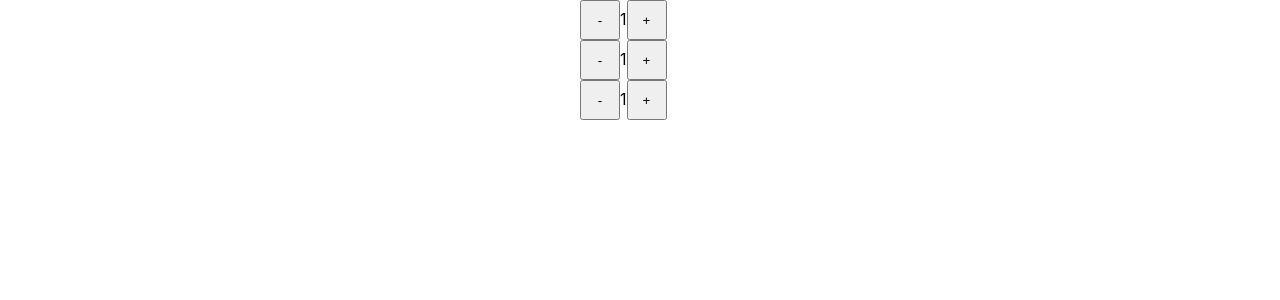
Repository: max535/test-task-netrika
Page: /
The author's editor kept a copy of each file at every save. The page is drawn from the files as they stood at one save, then again after the next save.
The browser window is 1280 px wide. The pictures show the whole page.
The project was rebuilt for these pictures with package versions that can differ from the ones it lists, and the page was loaded fresh each time.

Above is the page before, as saved 2021-10-16 06:48:45.

### public/index.html
<!DOCTYPE html>
<html lang="en">
  <head>
    <meta charset="utf-8" />
    <meta name="viewport" content="width=device-width, initial-scale=1" />
    <title>Тестовые задания</title>
  </head>
  <body>
    <div id="root"></div>
  </body>
</html>

### src/App.js
import React from 'react';
import Counter from './Counter/Counter';
import './App.css';

function App() {
  return (
    <div className="App">
      <Counter className="White" />
      <Counter className="Red" />
      <Counter className="Green" />
    </div>
  );
}

export default App;

### src/Counter/Counter.js
import React, { useState } from 'react';
import "./Counter.css";

const Counter = () => {
    const [count, setCount] = useState(1);

    const handleIncrement = () => {
        setCount(count + 1);
    }

    const handleDecrement = () => {
        setCount(count - 1);
    }

    return (
        <div className="Counter">
            <button className="Decrement" onClick={handleDecrement}>-</button>
            <span className="Count">{count}</span>
            <button className="Increment" onClick={handleIncrement}>+</button>
        </div>
    );
}

export default Counter;

### src/App.css
.App {
  display: flex;
  flex-direction: column;
  align-items: center;
  width: 100%;
  height: 100%;
}

### src/Counter/Counter.css
.Counter {
   width: 120px;
   height: 40px;

}

.Decrement {
    width: 40px;
    height: 40px;
}

.Increment {
    width: 40px;
    height: 40px;
}

.Count {
    width: 40px;
    height: 40px;
}

Loaded but not shown: src/index.js (common file); src/index.css (common file)

After the next save:
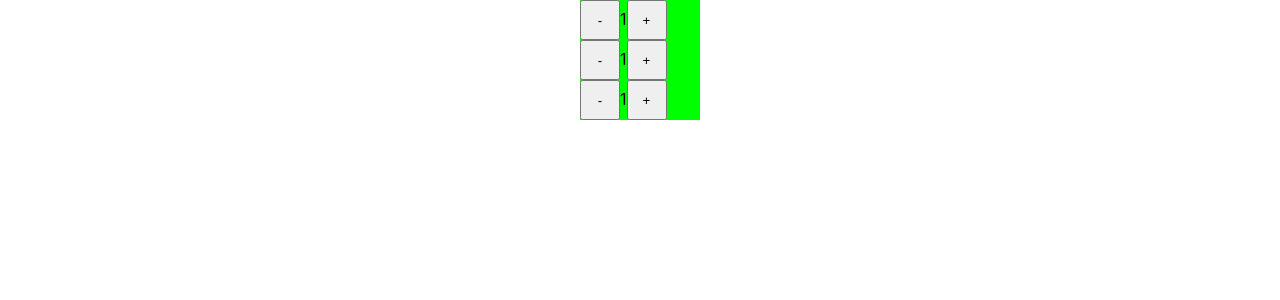
Saved 13 s later.
--- a/src/Counter/Counter.css
+++ b/src/Counter/Counter.css
@@ -1,6 +1,7 @@
 .Counter {
    width: 120px;
    height: 40px;
+   background-color: lime;
 
 }
 
